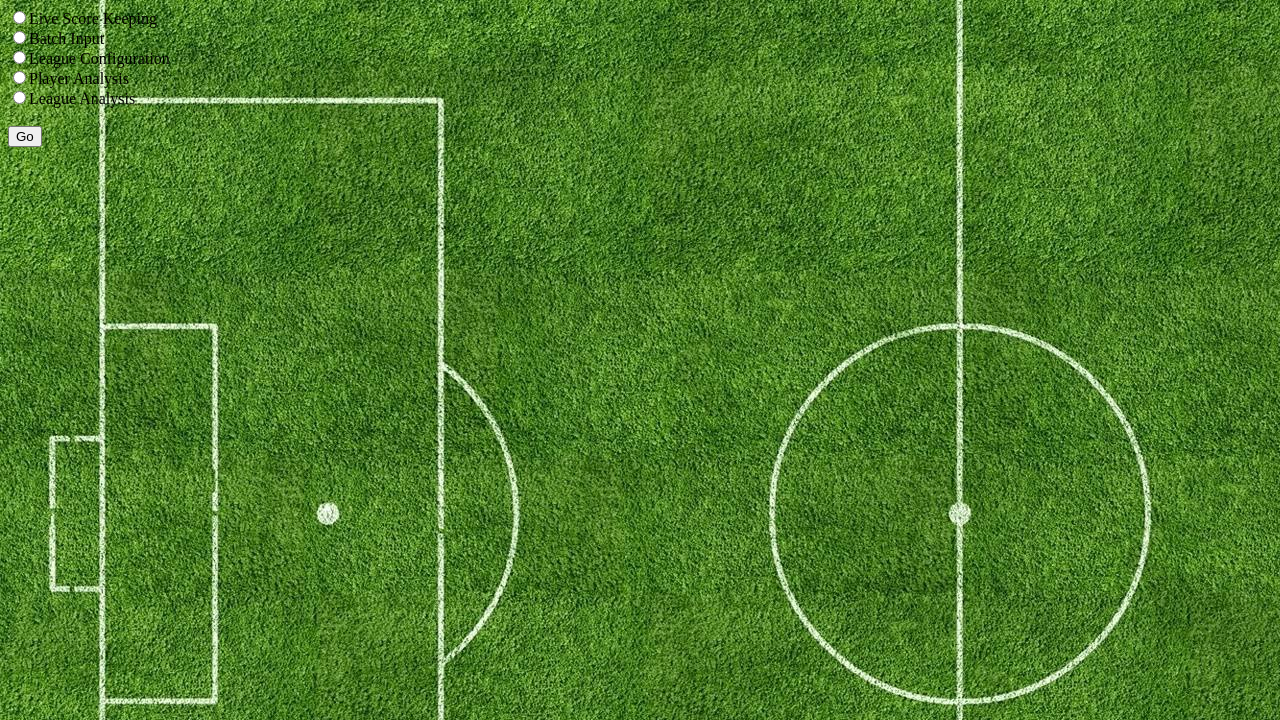
Repository: FredGlozman/SwiftScore
Page: SwiftScore/Website.html
The author's editor kept a copy of each file at every save. The page is drawn from the files as they stood at one save, then again after the next save.
The browser window is 1280 px wide. The pictures show the whole page.

Above is the page before, as saved 2015-12-01 22:19:51.

### SwiftScore/Website.html
<html>
<head>
	<title>SwiftScore</title>
</head>
<body background = soccer.jpg>

<form action="PHP.php" method="post">
   <input type="radio" name = "UseCase" value="1">Live Score Keeping
  <br>
  <input type="radio" name = "UseCase" value="2">Batch Input
  <br>
  <input type="radio" name = "UseCase" value="3">League Configuration
  <br>
  <input type="radio" name = "UseCase" value="4">Player Analysis
  <br>
  <input type="radio" name = "UseCase" value="5">League Analysis
  <br><br>
  <input type= "submit" value= "Go">
</form>

</body>
</html>

After the next save:
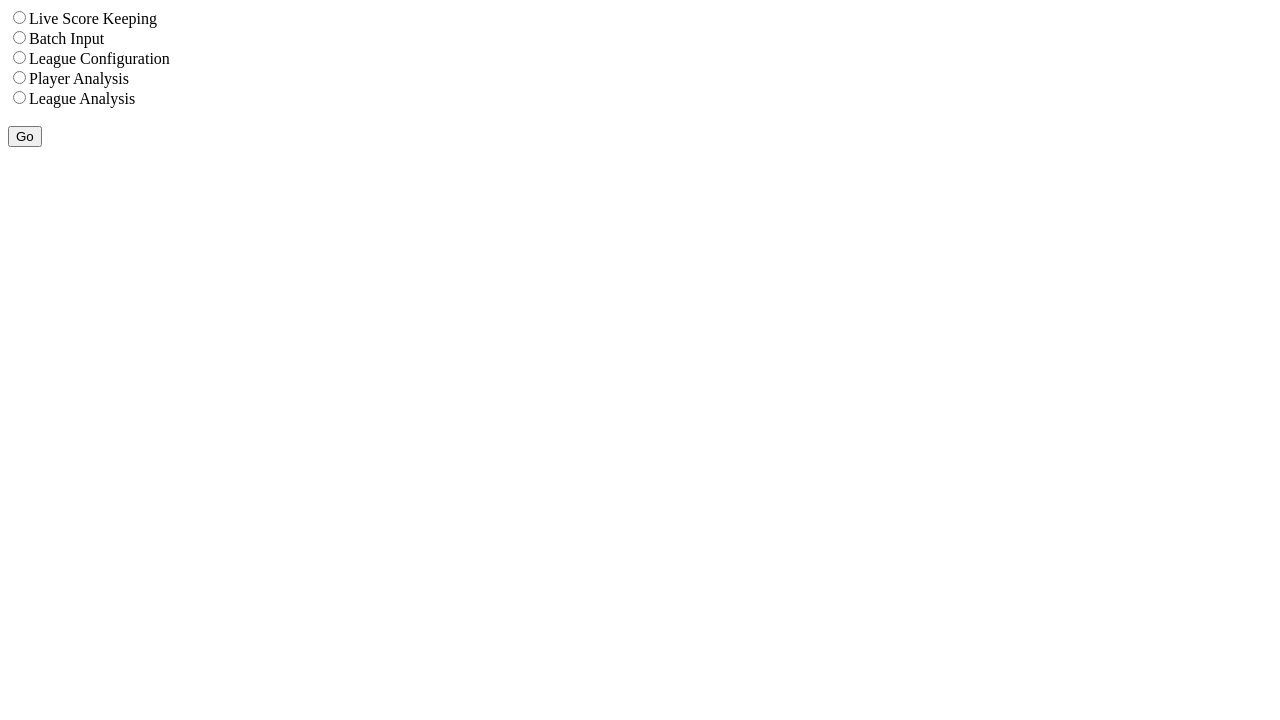
Saved 3 s later.
--- a/SwiftScore/Website.html
+++ b/SwiftScore/Website.html
@@ -2,7 +2,7 @@
 <head>
 	<title>SwiftScore</title>
 </head>
-<body background = soccer.jpg>
+
 
 <form action="PHP.php" method="post">
    <input type="radio" name = "UseCase" value="1">Live Score Keeping
